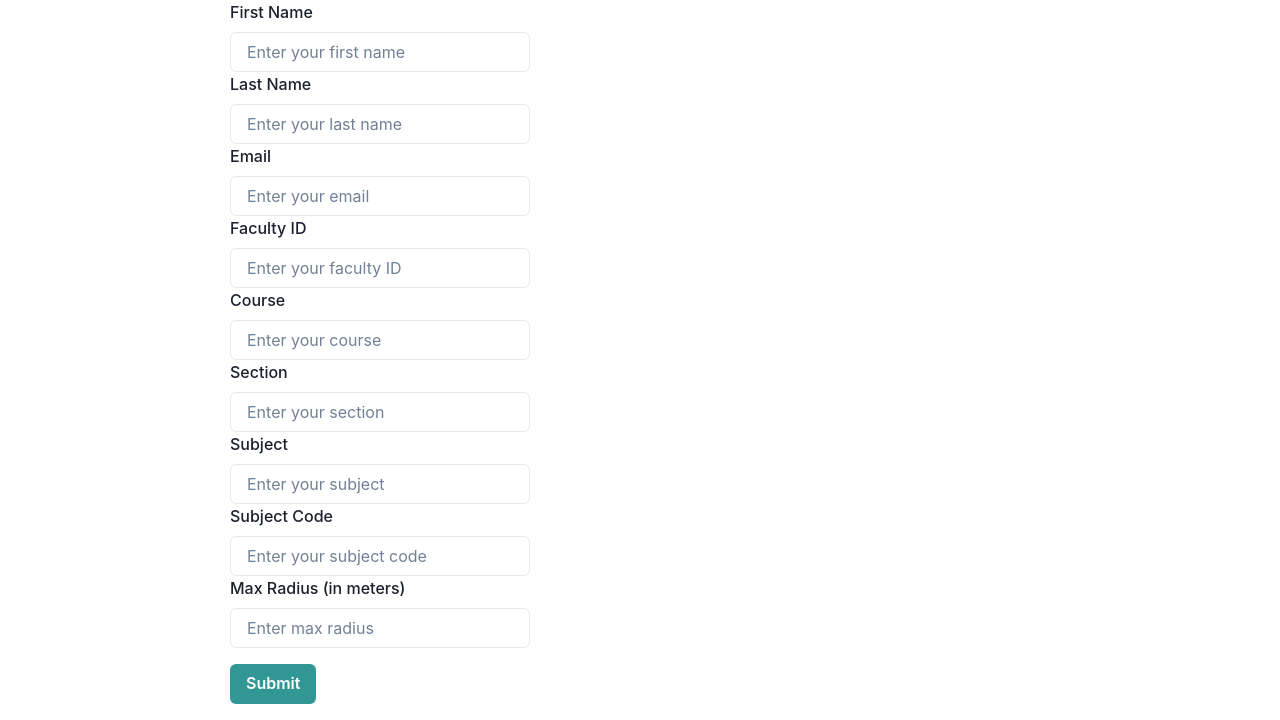
Repository: shash0708/attendence
Page: /form
An editor plug-in stored every save of this project. The page is shown before and after the next save, followed by the edit.
The browser window is 1280 px wide. The pictures show the whole page.
The project was rebuilt for these pictures with package versions that can differ from the ones it lists, and the page was loaded fresh each time. Also part of the build but not shown: src/App.css, client/src/components/Navbar/Navbar.component.jsx, src/components/Button/Button.component.jsx, src/components/Login/Login.component.jsx, src/components/homeProp/HomeProp.styles.scss, src/components/homeProp/HomeProp.component.jsx, src/routes/Home/Home.styles.scss, src/routes/Home/Home.component.jsx and 2 more.

Above is the page before, as saved 2024-04-06 22:00:10.

After the next save:
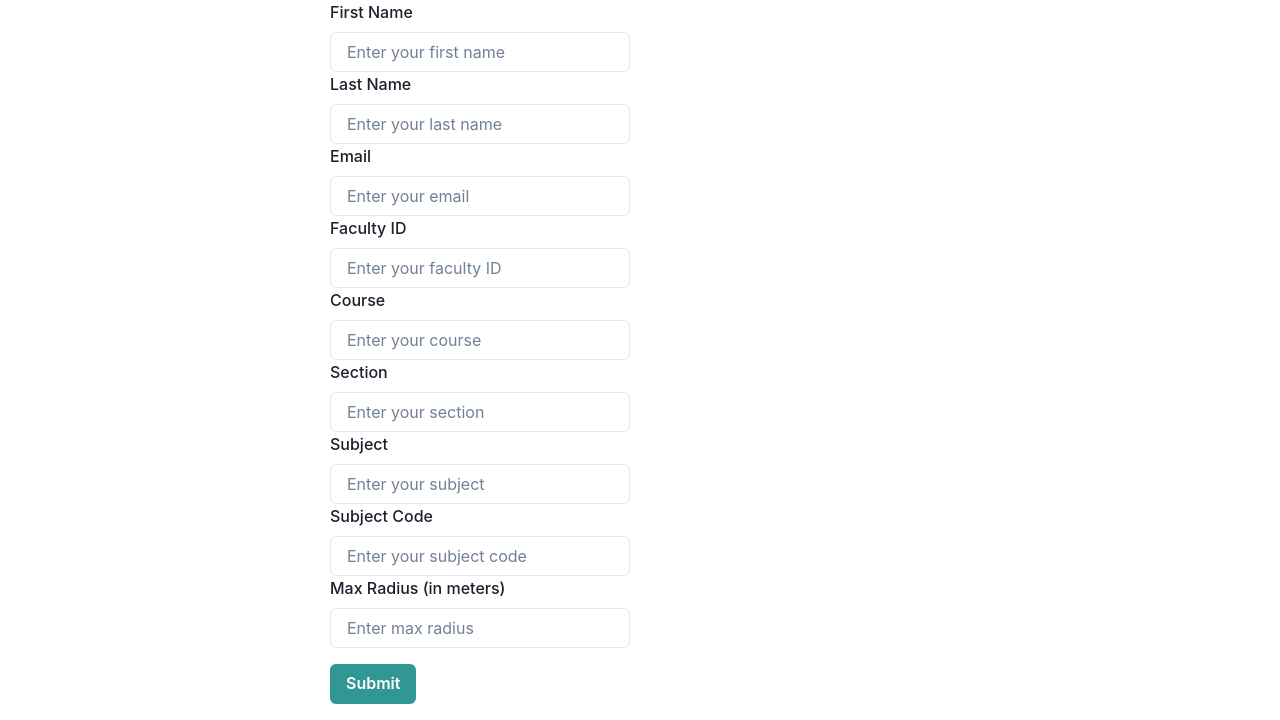
Saved 7 s later.
--- a/src/components/Form/From.component.jsx
+++ b/src/components/Form/From.component.jsx
@@ -25,7 +25,7 @@ export default function Form() {
   }
 
   return (
-    <Box width="300px" marginRight="750" marginLeft="auto">
+    <Box width="300px" marginRight="650" marginLeft="auto">
     <form onSubmit={handleSubmit(onSubmit)}>
     <FormControl isInvalid={errors.firstName}>
       <FormLabel htmlFor='firstName'>First Name</FormLabel>
